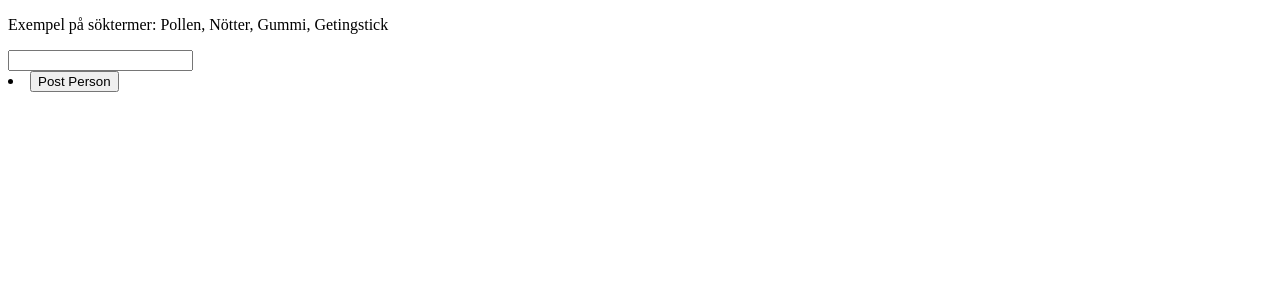
Repository: Dazing/MedImager
Page: server/ExaminationServer/ExaminationServer/src/main/webapp/indexTemp.html
These files come from the project's save history. The page is drawn as it stood at one moment and after the next save; the edit follows.
The browser window is 1280 px wide. The pictures show the whole page.
Some web libraries are served in a nearby version.

Above is the page before, as saved 2017-03-30 12:56:05.

### server/ExaminationServer/ExaminationServer/src/main/webapp/indexTemp.html
<!DOCTYPE html>
<html>
<head>
<meta charset="UTF-8">
<title>Insert title here</title>
<script src="https://ajax.googleapis.com/ajax/libs/jquery/3.1.1/jquery.min.js"></script>
<script>
var ctxPath = "examData";
$(function(){
    $("#postPerson, #postMessage").on("click", function(){
        $.ajax({
            url: ctxPath+"/api/collection",
            type: "POST",
            data: '{"examinationID":"' + $(searchTerm).val() + '", "index":"0"}',
            contentType: "application/json",
            cache: false,
            dataType: "text"
        });
    });
});
</script>

</head>
<body>
<p> Exempel på söktermer: Pollen, Nötter, Gummi, Getingstick</p>
<input type=text id="searchTerm">
<li><button id="postPerson">Post Person</button></li>
<div id="imgContainer">
</div>
</body>
</html>

After the next save:
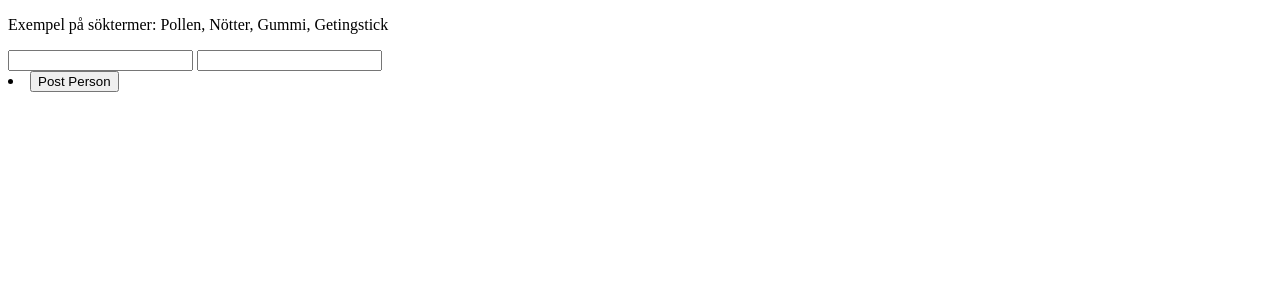
Saved 5 min 7 s later.
--- a/server/ExaminationServer/ExaminationServer/src/main/webapp/indexTemp.html
+++ b/server/ExaminationServer/ExaminationServer/src/main/webapp/indexTemp.html
@@ -11,7 +11,7 @@ $(function(){
         $.ajax({
             url: ctxPath+"/api/collection",
             type: "POST",
-            data: '{"examinationID":"' + $(searchTerm).val() + '", "index":"0"}',
+            data: '{"examinationID":"' + $(examinationID).val() + '", "index":"0"}',
             contentType: "application/json",
             cache: false,
             dataType: "text"
@@ -23,7 +23,8 @@ $(function(){
 </head>
 <body>
 <p> Exempel på söktermer: Pollen, Nötter, Gummi, Getingstick</p>
-<input type=text id="searchTerm">
+<input type=text id="examinationID">
+<input type=text id="index">
 <li><button id="postPerson">Post Person</button></li>
 <div id="imgContainer">
 </div>
